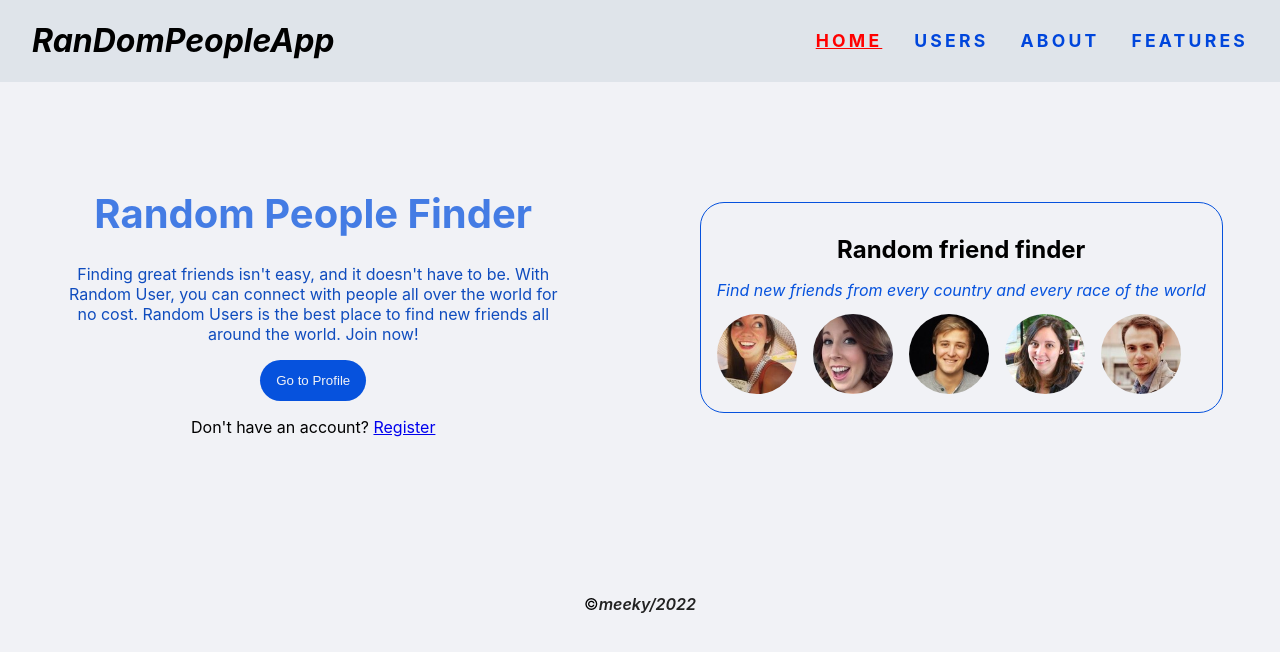
Repository: MikkyPrestige/RandomProfiles
Page: /
The author's editor kept a copy of each file at every save. The page is drawn from the files as they stood at one save, then again after the next save.
The browser window is 1280 px wide. The pictures show the whole page.
The project was rebuilt for these pictures with package versions that can differ from the ones it lists, and the page was loaded fresh each time. Also part of the build but not shown: src/components/users.jsx, src/assets/styles/search.css, src/components/search.jsx, src/assets/styles/help.css, src/components/help.jsx, src/assets/styles/about.css, src/components/about.jsx, src/assets/styles/error.css and 9 more.

Above is the page before, as saved 2022-12-06 20:10:17.

### public/index.html
<!DOCTYPE html>
<html lang="en">

<head>
  <meta charset="utf-8" />
  <link rel="icon" href="%PUBLIC_URL%/favicon.ico" />
  <meta name="viewport" content="width=device-width, initial-scale=1" />
  <meta name="theme-color" content="#000000" />
  <meta name="description" content="Web site created using create-react-app" />
  <link rel="apple-touch-icon" href="%PUBLIC_URL%/logo192.png" />
  <!--
      manifest.json provides metadata used when your web app is installed on a
      user's mobile device or desktop. See https://developers.google.com/web/fundamentals/web-app-manifest/
    -->
  <link rel="manifest" href="%PUBLIC_URL%/manifest.json" />
  <!--
      Notice the use of %PUBLIC_URL% in the tags above.
      It will be replaced with the URL of the `public` folder during the build.
      Only files inside the `public` folder can be referenced from the HTML.

      Unlike "/favicon.ico" or "favicon.ico", "%PUBLIC_URL%/favicon.ico" will
      work correctly both with client-side routing and a non-root public URL.
      Learn how to configure a non-root public URL by running `npm run build`.
    -->
  <title>AltSchool Assignment 2</title>
</head>

<body>
  <noscript>You need to enable JavaScript to run this app.</noscript>
  <div id="root"></div>
  <!--
      This HTML file is a template.
      If you open it directly in the browser, you will see an empty page.

      You can add webfonts, meta tags, or analytics to this file.
      The build step will place the bundled scripts into the <body> tag.

      To begin the development, run `npm start` or `yarn start`.
      To create a production bundle, use `npm run build` or `yarn build`.
    -->
</body>

</html>

### src/index.css
body {
  margin: 0;
  font-family: -apple-system, BlinkMacSystemFont, 'Segoe UI', 'Roboto', 'Oxygen',
    'Ubuntu', 'Cantarell', 'Fira Sans', 'Droid Sans', 'Helvetica Neue',
    sans-serif;
  -webkit-font-smoothing: antialiased;
  -moz-osx-font-smoothing: grayscale;
  background-color: #f1f2f6;
}

code {
  font-family: source-code-pro, Menlo, Monaco, Consolas, 'Courier New',
    monospace;
}

### src/App.jsx
import * as React from "react";
import { ErrorBoundary } from "react-error-boundary";
import { Route, Routes } from "react-router-dom";
import {
  Layout,
  Home,
  Users,
  Search,
  Help,
  About,
  Error,
  ErrorFallBack,
  Profile,
  ProfileDisplay,
  Register,
  UpdatePassword,
  Footer,
} from "./components";

const App = () => {
  return (
    <div className="App">
      <main>
        <ErrorBoundary FallbackComponent={ErrorFallBack}>
          <Layout />
          <Routes>
            <Route path="/" element={<Home />} />
            <Route path="users">
              <Route index element={<Users />} />
              <Route path=":id" element={<Search />} />
            </Route>
            <Route path="profile" element={<Profile />} />
            <Route path="profileDisplay" element={<ProfileDisplay />} />
            <Route path="register" element={<Register />} />
            <Route path="update" element={<UpdatePassword />} />
            <Route path="help" element={<Help />} />
            <Route path="about" element={<About />} />
            <Route path="*" element={<Error />} />
          </Routes>
        </ErrorBoundary>
        <Footer />
      </main>
    </div>
  );
};

export default App;

### src/components/index.js
export {  Layout, Back } from "./layout";
export { default as Home } from "./home";
export { default as Users } from "./users";
export { default as Search } from "./search";
export { default as Help } from "./help";
export { default as About } from "./about";
export { default as Error } from "./error";
export { default as ErrorFallBack } from "./errorFallback";
export { default as Profile } from "./profile";
export { default as ProfileDisplay } from "./profileDisplay";
export { default as Register } from "./register";
export { default as UpdatePassword } from "./update";
export { Footer } from "./avatar";

### src/components/layout.jsx
// LAYOUT COMPONENT - This component is for the App Layout that displays the Navigation bar in the app UI to the user when app is open

import { useState } from "react";
import { NavLink } from "react-router-dom";
import "../assets/styles/layout.css";
import { MdClose } from "react-icons/md";
import { FiMenu } from "react-icons/fi";

const CustomNavLink = ({ to, ...props }) => {
  let activeStyle = {
    textDecoration: "underline",
    color: "red",
  };

  return (
    <NavLink
      style={({ isActive }) =>
        isActive ? activeStyle : { textDecoration: "none" }
      }
      to={to}
      end
      {...props}
    />
  );
};

const LayoutSmall = () => {
  const [nav, setNav] = useState(false);

  const toggleNav = () => {
    setNav(!nav);
  };

  const closeNav = () => {
    setNav(false);
  };

  return (
    <div className="layout small">
      <header className="layout__header">
        <div className="layout__header--text">
          <h1 className="layout__header--title">RanDomPeopleApp</h1>
        </div>
        <nav className="layout__nav">
          <button onClick={toggleNav} className="layout--btn">
            {nav ? (
              <MdClose className="layout__btn--icon" />
            ) : (
              <FiMenu className="layout__btn--icon" />
            )}
          </button>
          <div className={`menuNav ${nav ? " showMenu" : ""}`}>
            <CustomNavLink
              to="/"
              end
              className="nav__item"
              onClick={() => closeNav()}
            >
              Home
            </CustomNavLink>
            <CustomNavLink
              to="profile"
              className="nav__item"
              onClick={() => closeNav()}
            >
              Users
            </CustomNavLink>
            <CustomNavLink
              to="about"
              className="nav__item"
              onClick={() => closeNav()}
            >
              About
            </CustomNavLink>
            <CustomNavLink
              to="help"
              className="nav__item"
              onClick={() => closeNav()}
            >
              Features
            </CustomNavLink>
          </div>
        </nav>
      </header>
    </div>
  );
};

const LayoutLarge = () => {
  return (
    <div className="layout large">
      <header className="layout__header">
        <div className="layout__header--text">
          <h1 className="layout__header--title">RanDomPeopleApp</h1>
        </div>
        <nav className="layout__nav">
          <div className="nav__items--large">
            <CustomNavLink to="/" className="nav__item--large">
              Home
            </CustomNavLink>
            <CustomNavLink to="profile" className="nav__item--large">
              Users
            </CustomNavLink>
            <CustomNavLink to="about" className="nav__item--large">
              About
            </CustomNavLink>
            <CustomNavLink to="help" className="nav__item--large">
              Features
            </CustomNavLink>
          </div>
        </nav>
      </header>
    </div>
  );
};

const Layout = () => {
  return (
    <div>
      <LayoutSmall />
      <LayoutLarge />
    </div>
  );
};

//  Navigate back home button
const Back = () => {
  const [isHover, setIsHover] = useState(false);

  const handleMouseEnter = () => {
    setIsHover(true);
  };

  const handleMouseLeave = () => {
    setIsHover(false);
  };

  const style = {
    border: "none",
    borderRadius: ".5rem",
    padding: " .5rem",
    fontSize: "1rem",
    fontWeight: "600",
    cursor: "pointer",
    backgroundColor: isHover ? "lightblue" : "rgb(0, 191, 255)",
    color: isHover ? "#f00" : "green",
  };

  return (
    <NavLink to="/" className="back__button">
      <button
        style={style}
        onMouseEnter={handleMouseEnter}
        onMouseLeave={handleMouseLeave}
      >
        Back ←{" "}
      </button>
    </NavLink>
  );
};

export { Layout, Back };

### src/components/home.jsx
// HOME COMPONENT - This component is the Home section of the app that displays app Home page on load and when the 'HOME' button in the header is clicked

import { Link, useNavigate } from "react-router-dom";
import "../assets/styles/home.css";
import { Avatar } from "./avatar";
import FirstFemale from "../assets/img/female-1.jpg";
import SecondFemale from "../assets/img/female-2.jpg";
import ThirdFemale from "../assets/img/female-3.jpg";
import FirstMale from "../assets/img/male-1.jpg";
import SecondMale from "../assets/img/male-2.jpg";

const Home = () => {
  const navigate = useNavigate();
  const getStarted = () => {
    navigate("/profileDisplay"); // Redirect the user to the users component when the get started button is clicked
  };

  return (
    <div className="home">
      <div className="home__container">
        <div className="desc">
          <h1 className="desc__heading">Random people finder</h1>
          <p className="desc__paragraph">
            Finding great friends isn't easy, and it doesn't have to be. With
            Random User, you can connect with people all over the world for no
            cost. Random Users is the best place to find new friends all around
            the world. Join now!
          </p>
          <button onClick={getStarted} className="desc__cta">
            Go to Profile
          </button>
          <p className="register__text">
            Don't have an account?{" "}
            <Link to="/register" className="register__link">
              Register
            </Link>
          </p>
        </div>
        <div className="home__wrapper">
          <h2 className="home__heading">Random friend finder</h2>
          <p className="home__text">
            Find new friends from every country and every race of the world
          </p>
          <div className="home__img">
            <Avatar
              image={FirstFemale}
              alt="Female One"
              style={{ width: "5rem", height: "5rem", borderRadius: "50%" }}
            />
            <Avatar
              image={SecondFemale}
              alt="Female Two"
              style={{ width: "5rem", height: "5rem", borderRadius: "50%" }}
            />
            <Avatar
              image={FirstMale}
              alt="Male One"
              style={{ width: "5rem", height: "5rem", borderRadius: "50%" }}
            />
            <Avatar
              image={ThirdFemale}
              alt="Female Three"
              style={{ width: "5rem", height: "5rem", borderRadius: "50%" }}
            />
            <Avatar
              image={SecondMale}
              alt="Male Two"
              style={{ width: "5rem", height: "5rem", borderRadius: "50%" }}
            />
          </div>
        </div>
      </div>
    </div>
  );
};

export default Home;

### src/components/avatar.jsx
// AVATAR COMPONENT - This component is for the Images used in the app.

import "../assets/styles/layout.css";

export const Avatar = ({ image = "", alt = "", style = {} }) => {
  return (
    <div className="avatar">
      <img src={image} alt={alt} style={style} />
    </div>
  );
};

// FOOTER COMPONENT - for the attribution

export const Footer = () => {
  return (
    <div className="attribution">
      <footer>
        &copy;
        <a
          href="https://github.com/MeekyBerry"
          target="_blank"
          rel="noreferrer"
          className="footer"
        >
          meeky/2022
        </a>
      </footer>
    </div>
  );
};

### src/assets/styles/layout.css
.layout {
  background-color: #dfe4ea;
  width: 100%;
}

.layout__nav {
  display: flex;
  align-items: center;
  justify-content: space-between;
  position: relative;
  padding-right: 2rem;
}

.layout__header {
  display: flex;
  justify-content: space-between;
  align-items: center;
}

.layout__header--title {
  font-style: oblique;
  padding-left: 2rem;
}

.layout--btn {
  position: fixed;
  top: 1.5rem;
  right: 1.5rem;
  z-index: 10;
  background-color: #f1f2f5;
  border: none;
  font-size: 1.5rem;
  cursor: pointer;
}

.menuNav {
  position: fixed;
  top: 6rem;
  right: 0;
  width: 0;
  max-width: 10rem;
  height: 100%;
  background-color: #f1f2f5;
  z-index: 5;
  overflow: hidden;
}

.menuNav.showMenu {
  width: 100%;
  transition: all 2s ease-in;
  -webkit-transition: all 2s ease-in;
  -moz-transition: all 2s ease-in;
  -ms-transition: all 2s ease-in;
  -o-transition: all 2s ease-in;
}

.nav__items {
  display: flex;
  align-items: center;
  list-style: none;
  /* flex-wrap: wrap; */
}

.nav__item {
  font-size: 1.2rem;
  padding: 1rem;
  text-transform: uppercase;
  display: block;
  text-align: center;
  text-transform: uppercase;
  color: #0046dc;
}

.nav__item:hover {
  color: #7dd5c6;
}

.nav__items--large {
  display: flex;
  gap: 2rem;
}

.nav__item--large {
  text-transform: uppercase;
  font-size: 1.1rem;
  font-weight: 700;
  letter-spacing: .2rem;
  color: #0046dc;
}

.attribution {
  text-align: center;
}

.footer {
  color: #222;
  text-decoration: none;
  cursor: pointer;
  font-style: italic;
  font-weight: 600;
}

/* MEDIA QUERY TO HIDE THE NAVIGATION BAR HAMBURGER ON LARGE SCREENS */
@media screen and (min-width: 900px) {
  .nav__item--large {
    gap: 1rem;
  }

}

@media screen and (min-width: 768px) {
  .small {
    display: none;
  }

  .large {
    display: block;
  }
}

@media screen and (max-width: 768px) {
  .small {
    display: block;
  }

  .large {
    display: none;
  }
}

### src/assets/styles/home.css
.home {
  height: 60vh;
  width: 100%;
  margin-top: 5rem;
  text-align: center;
}

.home__container {
  display: flex;
  justify-content: space-around;
  align-items: center;
  gap: 1rem;
}

.desc {
  width: 40%;
}

.desc__heading {
  font-size: 2.5rem;
  color: #0651ddbb;
  text-transform: capitalize;
}

.desc__paragraph {
  font-size: 1rem;
  color: #0f4cbe;
}

.desc__cta {
  background-color: #0652dd;
  color: #f1f2f6;
  padding: 0.8rem 1rem;
  border: none;
  border-radius: 1.5rem;
}

.desc__cta:hover {
  background-color: #0f4cbe;
}

.home__wrapper {
  border: 1px solid #0652dd;
  border-radius: 1.5rem;
  line-height: 1;
  padding: 1rem;
  height: min-content;
}

.home__text {
  font-style: italic;
  color: #0652dd;
}

.home__img {
  display: flex;
  align-items: center;
  gap: 1rem;
}

### src/assets/styles/users.css
.users {
  background-color: #fff;
  border: 1px solid #ccc;
  border-radius: 0.5rem;
  padding: 1rem;
  margin: 1rem;
}

.users__container {
  display: flex;
  flex-direction: column;
  justify-content: center;
  align-items: center;
}

.users__heading {
  text-align: center;
  text-transform: uppercase;
  font-size: 1.5rem;
  font-weight: bold;
  margin-bottom: 1rem;
}

.users__list {
  list-style: none;
  padding: 2rem;
  margin: 1rem auto;
  width: 85%;
  display: grid;
  grid-template-columns: repeat(3, minmax(200px, 1fr));
  grid-gap: 3rem;
}

.user__items {
  border-bottom: 1px solid #ccc;
}

.user__item {
  background-color: #fff;
  border: 1px solid #ccc;
  border-radius: 0.5rem;
  padding: 1rem;
}

.user__img {
  width: 80%;
  border-radius: 10%;
  margin-left: 1rem;
}

/* BUTTON BELOW */
.btn__container {
  display: flex;
  justify-content: center;
  align-items: center;
}

.active:hover {
  background-color: #ced6e0;
  color: #1e90ff;
}

.active:active {
  background-color: #70a1ff;
  color: #ced6e0;
}

.btn__array {
  padding: 0.5rem;
  margin: 0.5rem;
  font-size: 1rem;
  border-radius: 0.5rem;
  border: none;
  cursor: pointer;
}

.search__box {
  display: flex;
  justify-content: center;
  align-items: center;
}

.search__link {
  background-color: #fff;
  border: 1px solid #ccc;
  color: #1e90ff;
  border-radius: 1rem;
  width: 18rem;
  padding: 0.5rem;
  margin: 1rem;
  font-size: 1rem;
  font-weight: bold;
  cursor: pointer;
  text-align: center;
  text-decoration: none;
  animation: search 1s ease-in-out infinite;
}

.search__link:hover {
  background-color: #1e90ff;
  color: #fff;
  animation: none;
}

.search__link:active {
  background-color: #70a1ff;
  color: #fff;
  animation: none;
}

@keyframes search {
  0% {
    transform: scale(1);
  }

  50% {
    transform: scale(1.2);
  }

  100% {
    transform: scale(1);
  }
}

Loaded but not shown: src/index.js (common file)

After the next save:
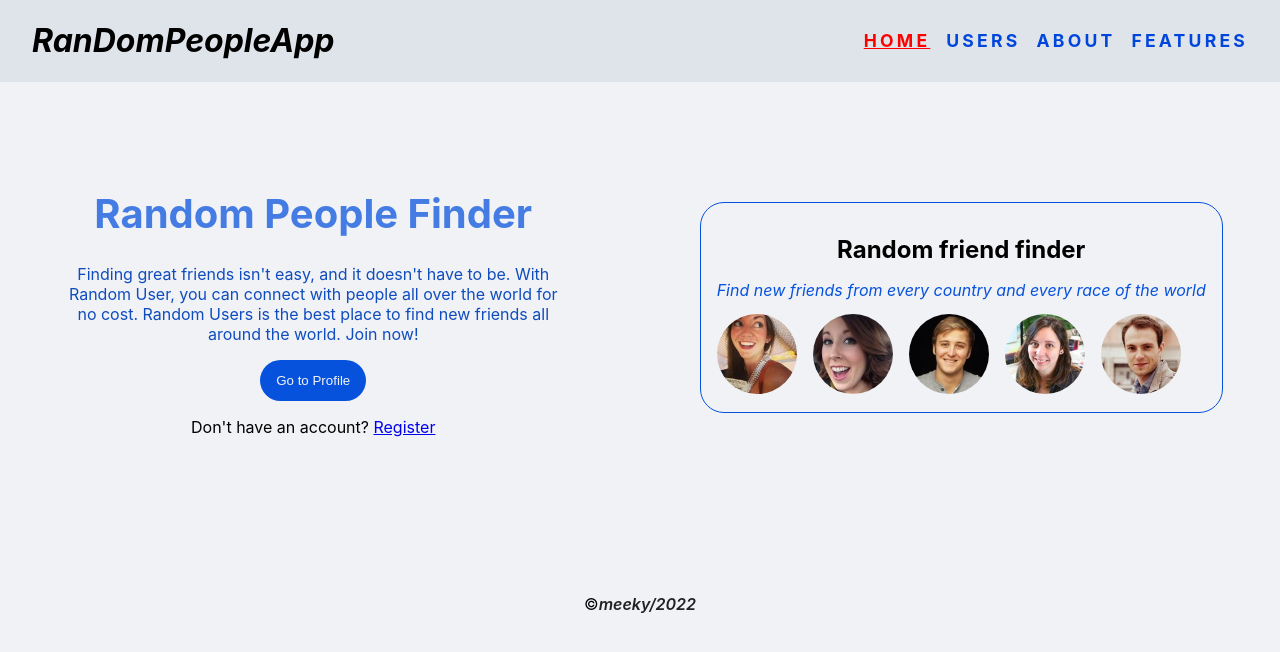
Saved 47 s later.
--- a/src/assets/styles/layout.css
+++ b/src/assets/styles/layout.css
@@ -101,12 +101,6 @@
 }
 
 /* MEDIA QUERY TO HIDE THE NAVIGATION BAR HAMBURGER ON LARGE SCREENS */
-@media screen and (min-width: 900px) {
-  .nav__item--large {
-    gap: 1rem;
-  }
-
-}
 
 @media screen and (min-width: 768px) {
   .small {
@@ -127,3 +121,10 @@
     display: none;
   }
 }
+
+@media screen and (min-width: 900px) {
+  .nav__items--large {
+    gap: 1rem;
+  }
+
+}
